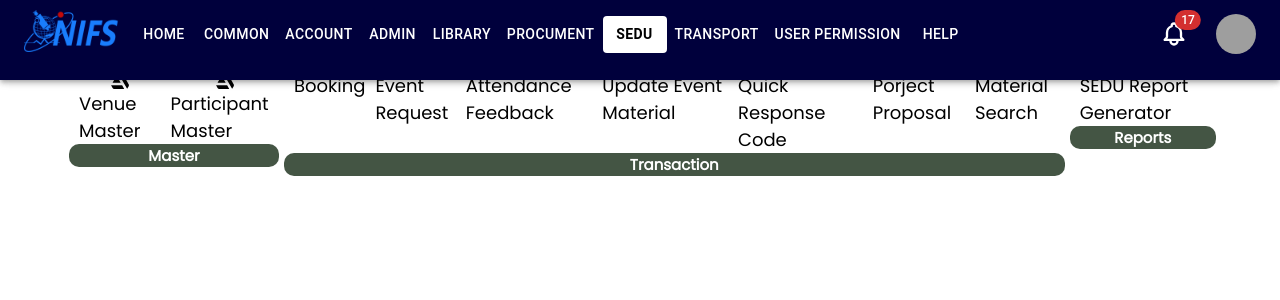
Repository: virangaj/NIFS-WebApp
Page: /sedu (app in client/)
These files come from the project's save history. The page is drawn as it stood at one moment and after the next save; the edit follows.
The browser window is 1280 px wide. The pictures show the whole page.
Pictures or frames that could not be fetched are drawn as grey boxes. The project was rebuilt for these pictures with package versions that can differ from the ones it lists, and the page was loaded fresh each time. Also part of the build but not shown: client/src/pages/Login.tsx, client/src/pages/Home.tsx, client/src/components/Transport/shared/TransportNavbar.js, client/src/pages/TransportMainPage.tsx, client/src/pages/CommonMainPage.tsx, client/src/pages/AccountMainPage.tsx, client/src/pages/AdminMainPage.tsx, client/src/pages/LibraryMainPage.js and 4 more.

Above is the page before, as saved 2022-07-27 00:50:05.

After the next save:
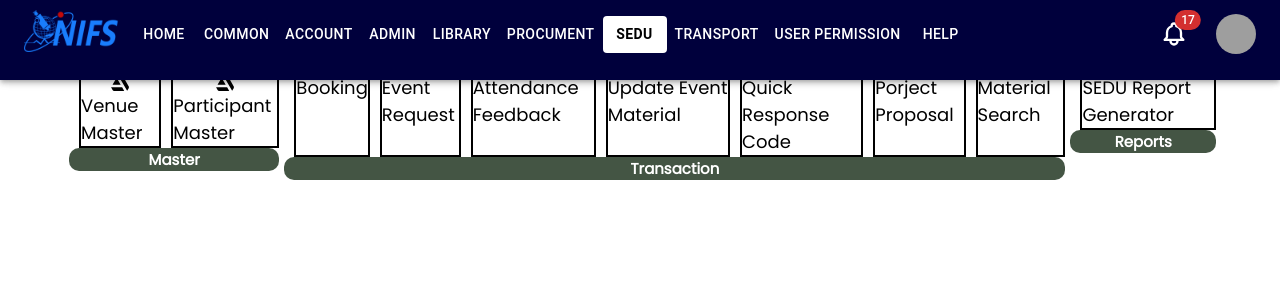
Saved 70 s later.
--- a/client/src/index.css
+++ b/client/src/index.css
@@ -67,6 +67,7 @@ body {
   font-size: 18px;
   margin-left: 10px;
   margin-left: 10px;
+  border: 2px solid #000;
 }
 
 /* body content */
